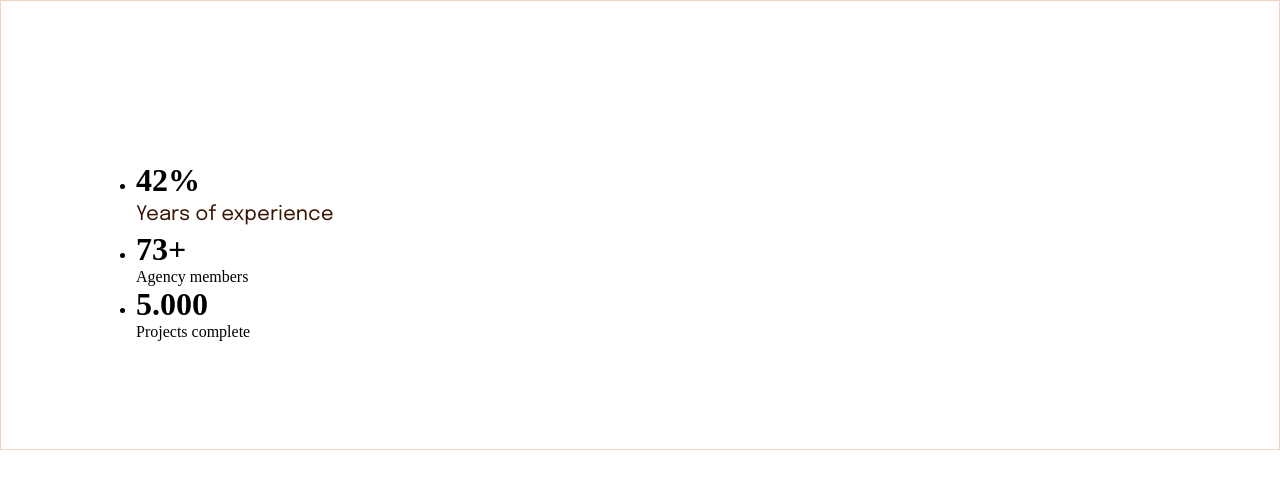
Repository: simralgasimov/task6
Page: index.html
These files come from the project's save history. The page is drawn as it stood at one moment and after a run of saves; the edit follows.
The browser window is 1280 px wide. The pictures show the whole page.

Above is the page before, as saved 2023-08-30 13:09:25.

After the next 2 saves:
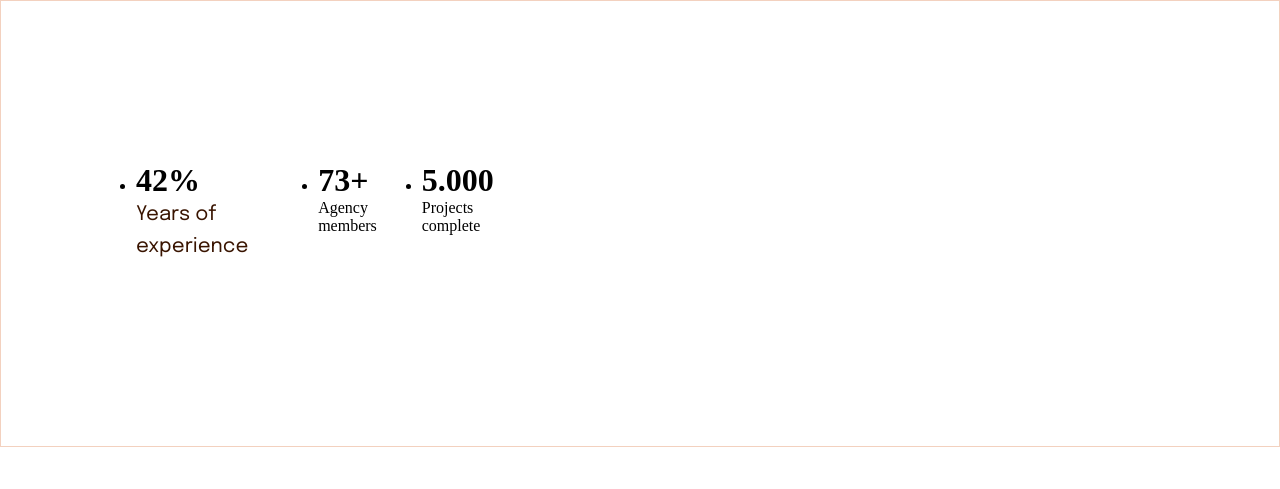
The 2 saves are shown as one change because they came seconds apart.
The last was saved 4 s later.
--- a/index.css
+++ b/index.css
@@ -11,7 +11,7 @@
   border: 1px solid #f3d1bf;
 }
 
-.box {
+ul {
   display: flex;
   width: 391px;
   height: 176px;
